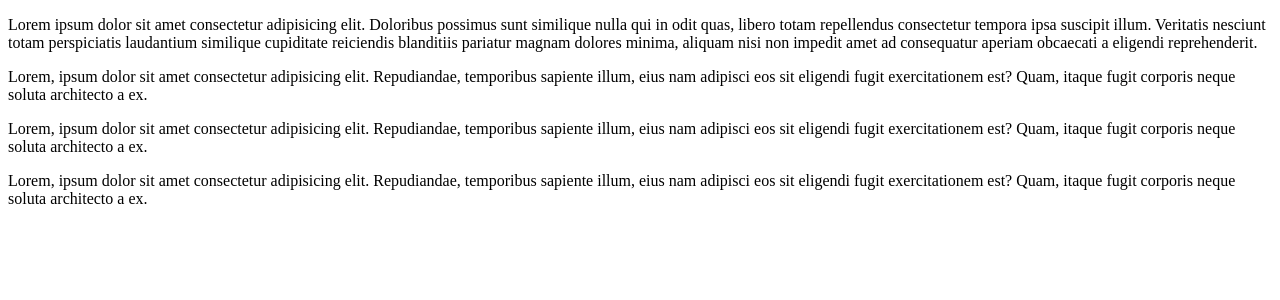
Repository: KikiMcArron/Don_Kiki_McArron
Page: index.html
An editor plug-in stored every save of this project. The page is shown before and after the next save, followed by the edit.
The browser window is 1280 px wide. The pictures show the whole page.

Above is the page before, as saved 2022-04-08 12:25:24.

After the next save:
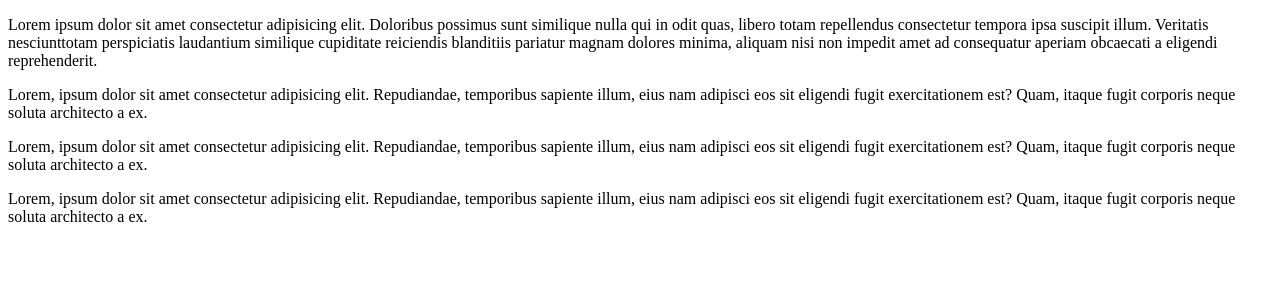
Saved 8 s later.
--- a/index.html
+++ b/index.html
@@ -15,8 +15,7 @@
     <main>
         <section class="last_entrie">
             <article>
-                <p>Lorem ipsum dolor sit amet consectetur adipisicing elit. Doloribus possimus sunt similique nulla qui in odit quas, libero totam repellendus consectetur tempora ipsa suscipit illum. Veritatis nesciunt
-                    totam
+                <p>Lorem ipsum dolor sit amet consectetur adipisicing elit. Doloribus possimus sunt similique nulla qui in odit quas, libero totam repellendus consectetur tempora ipsa suscipit illum. Veritatis nesciunttotam
                     perspiciatis laudantium similique cupiditate reiciendis blanditiis pariatur magnam dolores minima,
                     aliquam nisi non impedit amet ad consequatur aperiam obcaecati a eligendi reprehenderit.</p>
 
